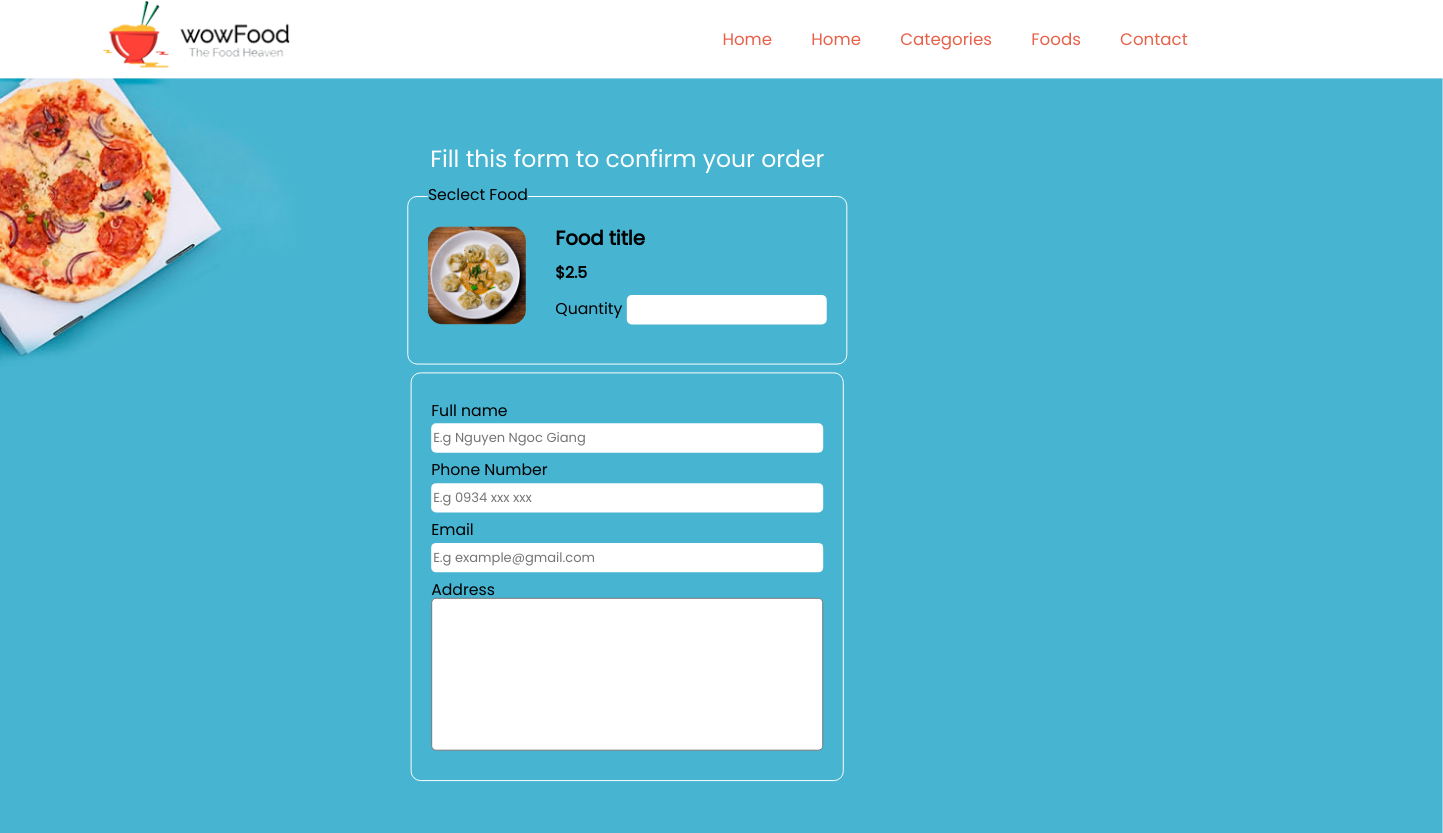
Repository: ruaruababa/WowFood
Page: order.html
The author's editor kept a copy of each file at every save. The page is drawn from the files as they stood at one save, then again after the next save.
The browser window is 1280 px wide. The page is 1472 px wide, so the pictures cover 1472 px, including what lies to the right of the window. The pictures show the whole page, at 98% of full size.

Above is the page before, as saved 2021-09-19 22:42:49.

### order.html
<!DOCTYPE html>
<html lang="en">

<head>
    <meta charset="UTF-8">
    <meta http-equiv="X-UA-Compatible" content="IE=edge">
    <meta name="viewport" content="width=device-width, initial-scale=1.0">
    <title>Order Food</title>
    <link rel="stylesheet" href="./style.css">
    <link rel="stylesheet" href="./reset.css">
    <link rel="stylesheet" href="./order.css">
    <link rel="preconnect" href="https://fonts.googleapis.com" />
    <link rel="preconnect" href="https://fonts.gstatic.com" crossorigin />
    <link
      href="https://fonts.googleapis.com/css2?family=Poppins:wght@400&display=swap"
      rel="stylesheet"
    />
</head>

<body>
    <nav>
        <input type="checkbox" id="check" />
        <label for="check" class="checkbtn">
            <i class="fas fa-bars"></i>
        </label>
        <label class="logo">
            <img src="./img/logo.png" alt="" class="img-logo" />
        </label>
        <ul class="navbar">
            <li><a class="active" href="#">Home</a></li>
            <li><a href="#">Home</a></li>
            <li><a href="#">Categories</a></li>
            <li><a href="#">Foods</a></li>
            <li><a href="#">Contact</a></li>
        </ul>
    </nav>
    <section id=section-order>
        <img src="./bgorder.jpg" alt="" class="bgr" style="position: absolute; z-index: -1;">
        <div class="container-order">
            <form action="">
                <h3 class="title-order">Fill this form to confirm your order</h3>
                <div class="container-seclect-food">
                    <div class="img-food">
                        <!-- <label for="" class="seclect">Seclect Food</label> -->
                        <img src="./img/menu-momo.jpg" alt="" class="bgr-item" />
                    </div>
                    <div class="content-food">
                        <h6 class="title-item">Food title</h6>
                        <span class="price-item">$2.5</span>
                        <label for="" class="quantity">Quantity</label>
                        <input type="number" min="1" max="100" class="inp-number">
                    </div>
                </div>
                <div class="container-delivery-title">
                    <lable class="full-name">Full name</lable>
                    <input type="text" placeholder="E.g Nguyen Ngoc Giang">
                    <lable class="phone-number">Phone Number</lable>
                    <input type="text" placeholder="E.g 0934 xxx xxx">
                    <lable class="email">Email</lable>
                    <input type="text" placeholder="E.g example@gmail.com">
                    <lable class="Address">Address</lable>
                    <textarea name="address" id="" cols="30" rows="10" style="resize: none; border-radius: 5px;"></textarea>


                </div>
            </form>
        </div>
    </section>
</body>

</html>

### style.css

li {
  text-decoration: none;
}

a {
  text-decoration: none;
}

nav {
  height: 80px;
  width: 100%;
}

label.logo {
  padding: 0 100px;
}

nav ul {
  float: right;
  margin-right: 50px;
}

nav ul li {
  display: inline-block;
  line-height: 80px;
  margin: 0 5px;
  font-family: "Poppins", sans-serif;
}

nav ul li a {
  color: #e7614a;
  font-size: 17px;
  padding: 7px 13px;
  border-radius: 3px;
}

.checkbtn {
  font-size: 30px;
  color: white;
  float: right;
  line-height: 80px;
  margin-right: 40px;
  cursor: pointer;
  display: none;
}

#check {
  display: none;
}

ul:hover li {
  filter: blur(3px);
  opacity: 0.5;
  transform: scale(0.98);
  box-shadow: none;
}

ul:hover li:hover {
  transform: scale(1.1);
  filter: blur(0px);
  opacity: 1;
  box-shadow: 0 8px 20px 0px rgba(0, 0, 0, 0.125);
}

.container-section-search {
  position: relative;
  text-align: center;
  margin-top: 15px;
}

.background-search {
  height: 250px;
}

.background-search img {
  height: inherit;
  width: 100%;
  object-fit: cover;
}

.form {
  width: 100%;
  position: absolute;
  top: 50%;
  left: 50%;
  transform: translate(-50%, -50%);
  height: 22px;
}

.input-search {
  width: 35%;
  height: inherit;
}

.btn-search {
  background-color: rgba(250, 59, 59, 0.849);
  border: none;
  border-radius: 5px;
  font-size: 14px;
  color: white;
  cursor: pointer;
  padding: 3px;
}

#section-collection {
  position: relative;
}

.container-section-collection {
  height: max-content;
}

.explore-food {
  padding-top: 70px;
  text-align: center;
  font-size: 24px;
  font-family: "Poppins", sans-serif;
}

.collection-food {
  width: 100%;
}

.list-food {
  margin-top: 50px;
  display: flex;
  justify-content: center;
  column-gap: 50px;
}

.list-food li {
  width: 330px;
  height: 400px;
  transition: 0.2s all;
}

.list-food li:hover {
  transform: scale(0.95);
}

.list-food li img {
  width: 100%;
  height: 100%;
  object-fit: cover;
  border-radius: 10px;
}

.list-food li span {
  font-family: "Poppins", sans-serif;
  display: block;
  font-size: 20px;
  text-align: center;
  color: #ffffff;
  margin-top: -50px;
}

article {
  background-color: #ececec;
}

.title-food-menu {
  padding-top: 70px;
  font-size: 24px;
  text-align: center;
  font-family: "Poppins", sans-serif;
}

.container-menu {
  padding-top: 50px;
  display: grid;
  grid-gap: 20px;
  grid-template-columns: repeat(auto-fit, minmax(550px, 1fr));
  grid-auto-rows: 180px;
  justify-items: center;
  font-family: "Poppins", sans-serif;
}

.container-item:nth-child(odd) {
  justify-self: end;
}

.container-item:nth-child(even) {
  justify-self: start;
}

.container-item {
  background-color: #ffffff;
  display: flex;
  align-items: center;
  border-radius: 15px;
}

.container-item img {
  width: 25%;
  height: 70%;
  object-fit: cover;
  border-radius: 15px;
  margin: 0 28px;
}

.container-item .item-content {
  width: 100%;
  height: 70%;
  object-fit: cover;
  border-radius: 15px;
  margin: 0 28px;
}

.item-content {
  display: inline-block;
}

.title-item {
  font-size: 16px;
  font-weight: bold;
  line-height: 25px;
}

.price-item {
  line-height: 25px;
  font-weight: bold;
}

.des-item {
  font-size: 14px;
  line-height: 20px;
  color: #747d9c;
}

.oder-item {
  text-decoration: none;
  background-color: #f56b81;
  color: white;
  border-radius: 5px;
  padding: 3px;
  display: inline-block;
}

.footer-food-menu {
  margin-top: 30px;
}

.see-all-foods {
  display: block;
  text-align: center;
  text-decoration: none;
  color: #f56b81;
  padding-bottom: 50px;
  font-family: "Poppins", sans-serif;
  transition: 0.2s all;
}

.see-all-foods:hover {
  text-decoration: underline;
  transform: scale(1.1);
}

.social-network-icon {
  display: flex;
  justify-content: center;
  margin-top: 30px;
}

.icon-insta {
  margin: 0 30px;
}

.license {
  margin-top: 40px;
  margin-bottom: 30px;
  font-family: "Poppins", sans-serif;
}

.license p {
  text-align: center;
}

.license p a {
  text-decoration: none;
  color: #e7614a;
}

@media (max-width: 952px) {
  label.logo {
    padding-left: 50px;
  }

  nav ul li a {
    font-size: 16px;
  }

  .container-item:nth-child(odd) {
    justify-self: center;
  }

  .container-item:nth-child(even) {
    justify-self: center;
  }
}

@media (max-width: 858px) {
  i {
    color: black;
  }

  .checkbtn {
    display: block;
  }

  .navbar {
    position: fixed;
    width: 100%;
    height: 250px;
    left: -100%;
    text-align: center;
    transition: all 0.5s;
    z-index: 2;
    background-color: #ffffff;
  }

  nav ul li {
    display: block;
    margin: 10px 0;
    line-height: 30px;
  }

  nav ul li a {
    font-size: 20px;
  }

  #check:checked ~ ul {
    left: 0;
  }

  .container-section-collection {
    height: max-content;
  }
}

section {
  position: relative;
}
@media (max-width: 858px) {
   .container-menu {
    padding-top: 50px;
    display: grid;
    grid-gap: 20px;
    grid-template-columns: repeat(auto-fit, minmax(550px, 1fr));
    grid-auto-rows: 180px;
    justify-items: center;
    font-family: "Poppins", sans-serif;
  }
}

@media (max-width: 414px) {
  label img {
    margin-left: -50px;
  }
  i.fa-bars {
    margin-right: -20px;
  }
  .navbar {
    position: fixed;
    width: 414px;
    height: 250px;
    left: -100%;
    text-align: center;
    transition: all 0.5s;
    z-index: 2;
    background-color: #ffffff;
  }

  nav ul li {
    display: block;
    margin: 10px 0;
    line-height: 30px;
  }

  nav ul li a {
    font-size: 20px;
  }

  #check:checked ~ ul {
    left: 0;
  }
  .list-food {
    display: flex;
    flex-direction: column;
    gap: 15px;
  }

  .item {
    align-self: center;
  }

  .container-menu {
    padding-top: 50px;
    display: grid;
    grid-gap: 20px;
    grid-template-columns: repeat(auto-fit, minmax(375px, 1fr));
    grid-auto-rows: 180px;
    justify-items: center;
    font-family: "Poppins", sans-serif;
  }
}

@media (max-width: 375px) {
  label img {
    margin-left: -50px;
  }
  i.fa-bars {
    margin-right: -20px;
  }
  .navbar {
    position: fixed;
    width: 375px;
    height: 250px;
    left: -100%;
    text-align: center;
    transition: all 0.5s;
    z-index: 2;
    background-color: #ffffff;
  }

  nav ul li {
    display: block;
    margin: 10px 0;
    line-height: 30px;
  }

  nav ul li a {
    font-size: 20px;
  }

  #check:checked ~ ul {
    left: 0;
  }

  .list-food {
    display: flex;
    flex-direction: column;
    gap: 15px;
  }

  .item {
    align-self: center;
  }

  .container-menu {
    padding-top: 50px;
    display: grid;
    grid-gap: 20px;
    grid-template-columns: repeat(auto-fit, minmax(375px, 1fr));
    grid-auto-rows: 180px;
    justify-items: center;
    font-family: "Poppins", sans-serif;
  }
  @media (max-width: 320px) {
  label img {
    margin-top: -70px;
    margin-left: -50px;
    padding-bottom: 10px;
  }
  i.fa-bars {
    margin-right: -20px;
    padding-top: 20px;
  }
  .navbar {
    position: fixed;
    width: 320px;
    height: 250px;
    left: -100%;
    text-align: center;
    transition: all 0.5s;
    z-index: 2;
    background-color: #ffffff;
    margin-top: -5px;
  }

  nav ul li {
    display: block;
    margin: 10px 0;
    line-height: 30px;
  }

  nav ul li a {
    font-size: 20px;
  }

  #check:checked ~ ul {
    left: 0;
  }

  .list-food {
    display: flex;
    flex-direction: column;
    gap: 15px;
  }

  .item {
    align-self: center;
  }

  .container-menu {
    padding-top: 50px;
    display: grid;
    grid-gap: 20px;
    grid-template-columns: repeat(auto-fit, minmax(319px, 1fr));
    grid-auto-rows: 180px;
    justify-items: center;
    font-family: "Poppins", sans-serif;
  }
}

/* article{
  position: relative;
  top: 200px;
} */

### order.css
.container-order{
    position: relative;
}
.title-order{
    font-size: 24px;
    position: absolute;
    left: 50%;
    transform: translateX(-50%);
    padding-top: 70px;
    font-family: "Poppins", sans-serif;
    color: white;
}
.container-seclect-food::before{
    content: "Seclect Food";
    background-color: #47b4d1;
    position: absolute;
    margin-top: -40px;
}
.container-seclect-food{
    display: flex;
    position: absolute;
    left: 50%;
    transform: translateX(-50%);
    margin-top: 120px;
    justify-content: flex-start;
    gap: 30px;
    border: 1px solid white;
    padding: 30px 20px;
    border-radius: 10px;
    font-family: "Poppins", sans-serif;
}
.img-food{
    display: inline;
}
.img-food img{
    width: 100px;
    border-radius: 15px;
}
.title-item{
    font-size: 20px;
}
.price-item{
    display: block;
    padding-top: 10px;
}
.inp-number{
    margin-top: 10px;
    width: 200px;
    border-radius: 5px;
}

.container-delivery-title{
    position: absolute;
    margin-top: 300px;
    display: grid;
    grid-template-columns: repeat(auto-fit, minmax(400px, 1fr));
    left: 50%;
    transform: translateX(-50%);
    border: 1px solid white;
    padding: 30px 20px;
    border-radius: 10px;
    font-family: "Poppins", sans-serif;
}

input{
    border: 0px;
    border-radius: 5px;
    padding: 5px 2px ;
    margin-bottom: 10px;
    margin-top: 5px;
    font-family: "Poppins", sans-serif;
}
label{
    font-family: "Poppins", sans-serif;
}

Loaded but not shown: reset.css (common file)

After the next save:
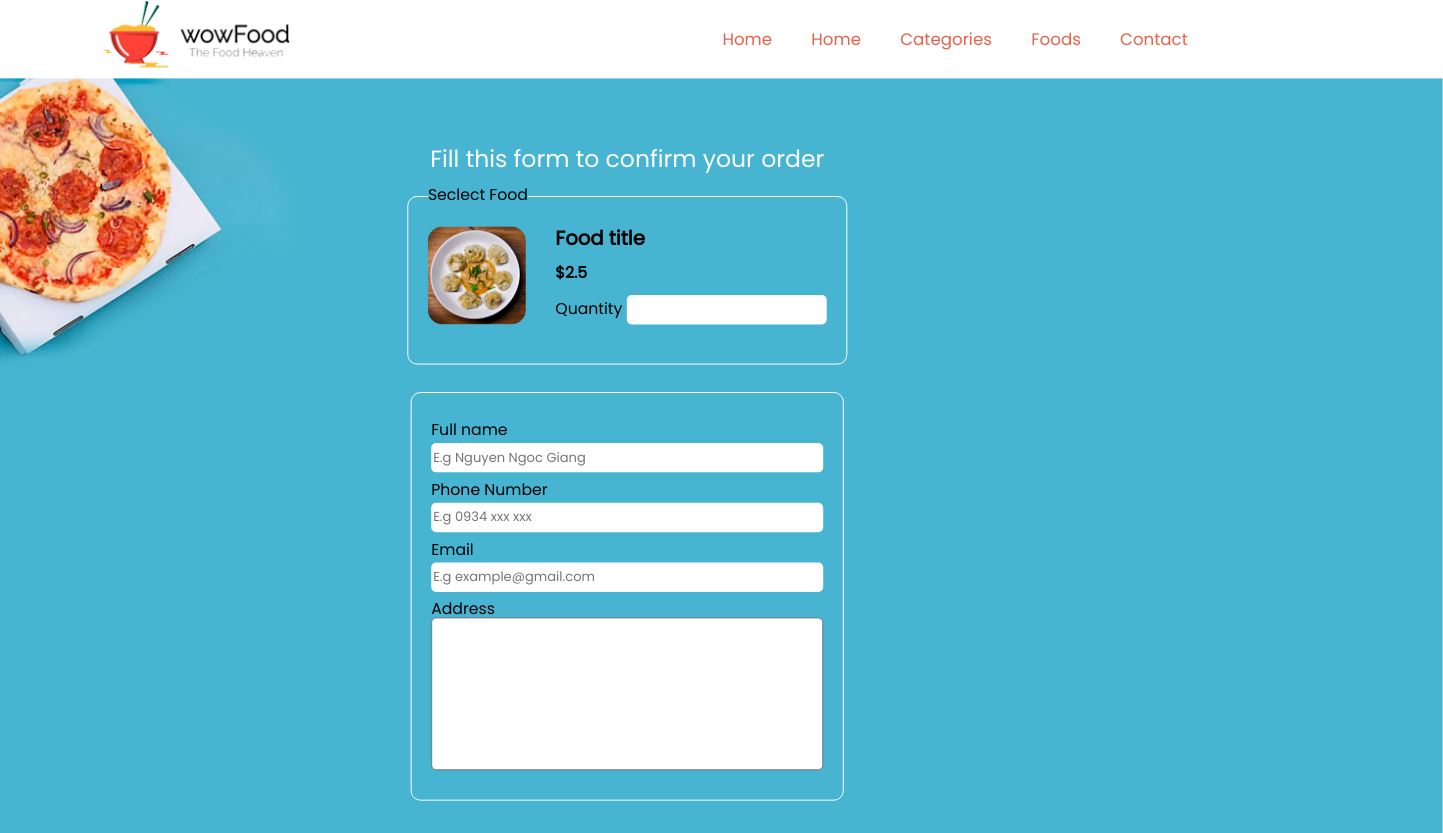
Saved 32 s later.
--- a/order.css
+++ b/order.css
@@ -51,7 +51,7 @@
 
 .container-delivery-title{
     position: absolute;
-    margin-top: 300px;
+    margin-top: 320px;
     display: grid;
     grid-template-columns: repeat(auto-fit, minmax(400px, 1fr));
     left: 50%;
